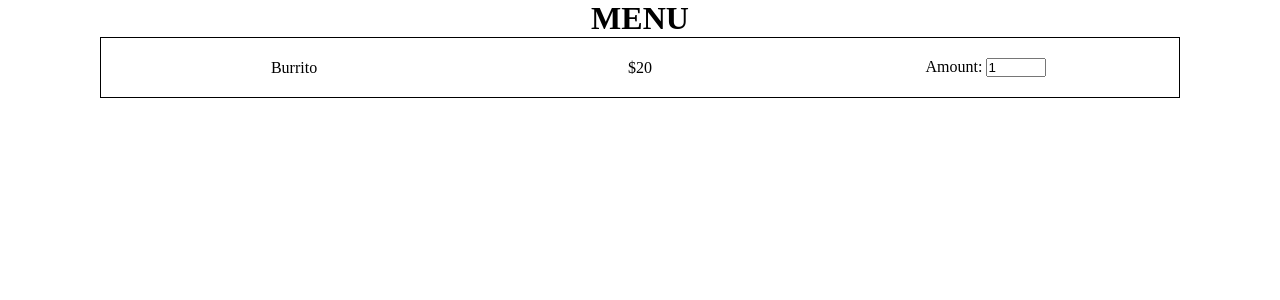
Repository: LamQuocPhu/JungTalent
Page: http://localhost/
The author's editor kept a copy of each file at every save. The page is drawn from the files as they stood at one save, then again after the next save.
The browser window is 1280 px wide. The pictures show the whole page.
The page is served by the project's Node server (index.js).

Above is the page before, as saved 2023-10-25 22:58:16.

After the next save:
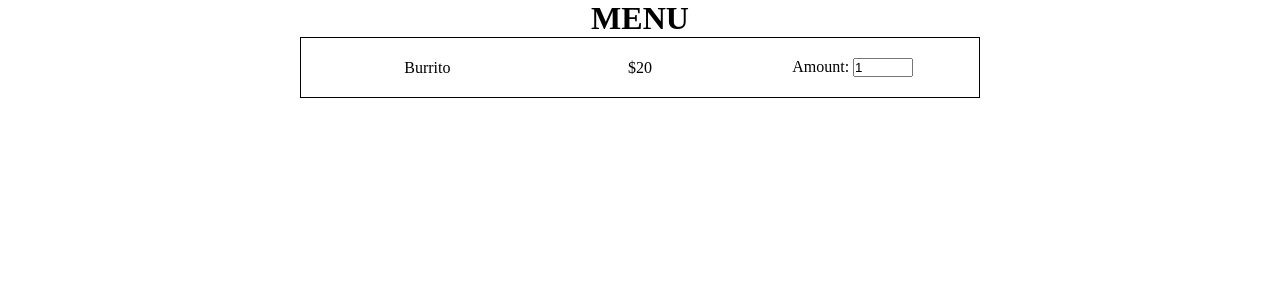
Saved 7 s later.
--- a/public/css/style.css
+++ b/public/css/style.css
@@ -8,7 +8,7 @@
     width: 100%;
     height: auto;
     text-align: center;
-    padding-inline: 100px;
+    padding-inline: 300px;
 }
 
 .cart-item{
